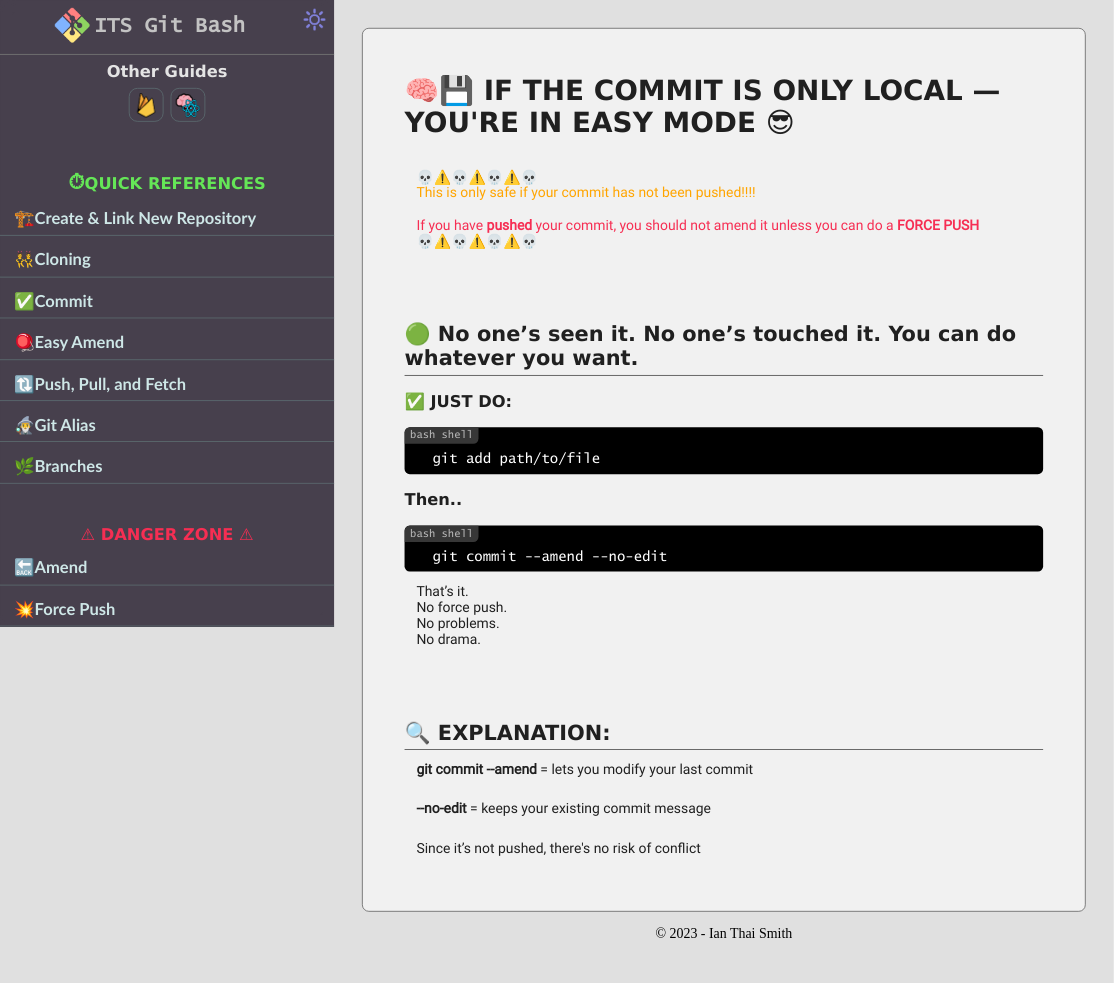
Repository: whyDoILoveThis/project__ITS_Git_Bash
Page: html/easy-amend.html
These files come from the project's save history. The page is drawn as it stood at one moment and after the next save; the edit follows.
The browser window is 1280 px wide. The pictures show the whole page, at 87% of full size.

Above is the page before, as saved 2025-07-06 06:40:20.

### html/easy-amend.html
<!DOCTYPE html>
<html lang="en">
  <head>
    <meta charset="UTF-8" />
    <meta name="viewport" content="width=device-width, initial-scale=1.0" />
    <link rel="stylesheet" href="/css/normalize.css" />
    <link rel="stylesheet" href="/css/style.css" />
    <title>new-page</title>
  </head>
  <body>
    <!--!!!!!-->
    <!--! MAIN-WRAP -->
    <div class="main-wrap">
      <section class="article-wrap">
        <article class="article">
          <h1>🧠💾 IF THE COMMIT IS ONLY LOCAL — YOU'RE IN EASY MODE 😎</h1>
          <p class="orng">
            💀⚠️💀⚠️💀⚠️💀
            <br />
            This is only safe if your commit has not been pushed!!!!
            <br />
            <br />
            <em class="red">
              If you have <b>pushed</b> your commit, you should not amend it
              unless you can do a <b>FORCE PUSH</b>
            </em>
            <br />
            💀⚠️💀⚠️💀⚠️💀
          </p>
          <h2>
            🟢 No one’s seen it. No one’s touched it. You can do whatever you
            want.
          </h2>
          <h3>✅ JUST DO:</h3>
          <div class="code">
            <p>git add path/to/file<br /></p>
          </div>
          <h3>Then..</h3>
          <div class="code">
            <p>git commit --amend --no-edit</p>
          </div>
          <p>
            That’s it. <br />
            No force push. <br />
            No problems. <br />
            No drama.
          </p>
          <h2>🔍 EXPLANATION:</h2>

          <p><b>git commit --amend</b> = lets you modify your last commit</p>
          <p><b>--no-edit</b> = keeps your existing commit message</p>
          <p>Since it’s not pushed, there's no risk of conflict</p>
        </article>
      </section>
    </div>
    <!--! MAIN-WRAP -->
    <!--! !!!!!!! -->
    <script src="/JS/dynamic-nav.js"></script>
  </body>
</html>

### css/style.css


/*TODO: REFACTOR FOR BETTER ORGANIZATION
        AND REMOVING REDUNDANCIES*/

        :root {
            --size--brightness-toggler: 50px;
        }


.gradient {
    width: 100vw;
    height: 100vh;
    background: rgb(52,30,84);
background: linear-gradient(360deg, rgba(52,30,84,1) 0%, rgba(67,41,166,1) 100%);
}

@font-face {
    font-family: LucidaConsole;
    src: url(/fonts/lucon.ttf);

}

@font-face {
    font-family: Roboto;
    src: url(/fonts/Roboto-Regular.ttf);
}

body {
    font-family: 'Lucida Sans', 'Lucida Sans Regular', 'Lucida Grande', 'Lucida Sans Unicode', Geneva, Verdana, sans-serif;
    transition: background-color 0.3s ease-in;
    background-color: rgb(36, 31, 35);

}

body::-webkit-scrollbar-track
{
	-webkit-box-shadow: inset 0 0 6px rgba(0,0,0,0.3);
	border-radius: 10px;
	background-color: rgb(52, 29, 69);
}

body::-webkit-scrollbar
{
    border-radius: 10px;

	width: 5px;
	background-color: rgb(50, 41, 56);
}

body::-webkit-scrollbar-thumb
{
	border-radius: 10px;
	-webkit-box-shadow: inset 0 0 6px rgba(0,0,0,.3);
	background-color: #8181DB;
}



ul {
    list-style-type: none;
    padding: 0;
    padding-bottom: 4rem;
    margin: 0;
}

ul li {
    padding: 1rem 0 0.5rem 1rem;
    border-bottom: 0.5px solid rgb(90, 105, 110);
}

li a {
    text-decoration: none;
    color: rgb(206, 231, 231);
    font-family: 'Trebuchet MS', 'Lucida Sans Unicode', 'Lucida Grande', 'Lucida Sans', Arial, sans-serif;
    font-weight: 600;
    text-decoration-thickness: 0px;
    font-size: 19px;
}

a {
    color: rgb(45, 143, 248);
    text-decoration: none;
}

a:hover {
    font-weight: 600;
    text-decoration: underline;
}

li a:hover {
    text-decoration: underline;
    text-decoration-thickness: 2px;
    text-decoration-color: rgb(110, 203, 103);
}

em {
    font-style: normal;
}

.main-wrap {
    display: flex;
    height: 100%;
    width: 100%;
}

/** NAV */

.nav {
    z-index: 100;
    background: rgba(50, 41, 56, 0.877);
    backdrop-filter: blur(8px);
    -webkit-backdrop-filter: blur(8px);
    display: flex;
    flex-direction: column;
    width: 30%;
    height: 100%;
    position: fixed;
    overflow: auto;
    transition: all 0.37s ease-out;
}

.nav::-webkit-scrollbar-track
{
	-webkit-box-shadow: inset 0 0 6px rgba(0,0,0,0.3);
	border-radius: 10px;
	background-color: rgb(50, 41, 56);
}

.nav::-webkit-scrollbar
{
    border-radius: 10px;

	width: 3px;
	background-color: rgb(50, 41, 56);
}

.nav::-webkit-scrollbar-thumb
{
	border-radius: 10px;
	-webkit-box-shadow: inset 0 0 6px rgba(0,0,0,.3);
	background-color: #8181DB;
}


.logo-wrap {
    height: auto;
    max-height: 40px;
    display: flex;
    align-items: center;
    justify-content: center;
    gap: 0.3rem;
    padding: 0.7rem;
    border-bottom: 1px solid rgb(115, 115, 115);
    padding-right: var(--size--brightness-toggler);

}

.logo__icon {
    width: 8vw;
    max-width: 40px;
    height: 8vw;
    max-height: 40px;
    display: inline;
}

.logo__tag {
    color: rgb(195, 195, 195);
    font-family:  LucidaConsole, Arial, Helvetica, sans-serif;
    white-space: 1px;
    font-size: 24px;
    font-weight: 600;
    margin: 0;
}

.dark-mode-toggler-wrap {
    position: absolute;
    top: 10px;
    right: 10px;

}

.other-guides-wrap {
    margin: 0.5rem;
    display: flex;
    justify-content: center;
    align-self: center;
    gap: 0.5rem;
}

.other-guides-wrap > a > img {
    width: 28px;
}

.other-guides-heading {
    color: rgb(228, 228, 228);
    margin-top: 0;
}

.guide-link {
    border: 1px solid rgb(90, 105, 110);
    border-radius: 10px;
    display: flex;
    justify-content: center;
    padding: 0.3rem;
    transition: background-color 0.4s;
}

.guide-link:hover {
    background-color: rgba(255, 255, 255, 0.117);
}

.quick-ref-heading {
    color: rgb(101, 230, 87);
    text-transform: uppercase;
}

.quick-ref-heading::before {
    content: '⏱';
    font-size: 24px;
}

.article-wrap {
    margin-left: 30%;
    width: calc(70% - 2rem * 2);
    padding: 2rem;
}

.article {
    border: 1px solid rgb(109, 109, 109);
    border-radius:8px;
    display: flex;
    flex-direction: column;
    padding: 3rem;
    padding-top: 2rem;

    background-color: rgb(49, 49, 49);
    color: rgba(255, 255, 255, 0.90);
    transition: background-color 0.4s ease-in, color 0.5s ease-in;

}

.article__heading,
.article h2.h2--large {
    text-align: center;
    font-size: 32px;
    margin: 0.8rem;
    border: 0;
}

.article h2 {
    margin: 4.4rem 0 0rem 0;
    border-bottom: 1px solid #555;
    padding-bottom: 0.3rem;
}


.article > p {
    font-family: Roboto, Arial, Helvetica, sans-serif;
    margin: 0.85rem;
}

.emoji {
    display: inline;
    width: 20px;
}

.emoji--rocket {
    content: url(/img/emoji-rocket.PNG);
}

.code {
    font-family: LucidaConsole, Arial, Helvetica, sans-serif;
    white-space: nowrap;
    background-color: black;
    color: white;
    font-style: normal;
    width: 100%;
    display: flex;
    flex-direction: column;
    border-radius: 6px;
    overflow: auto;
}

.code p::selection,
.code em::selection {
    background: rgba(214, 172, 238, 0.273);
    color: inherit;
}

.code::-webkit-scrollbar {
    width: 12px;
    background-color: #F5F5F5;
    height: 7px;
}
.code::-webkit-scrollbar-thumb {
    border-radius: 1px;
    -webkit-box-shadow: inset 0 0 6px rgba(0,0,0,.3);
    background-color: #555;
}
.code::-webkit-scrollbar-track {
    -webkit-box-shadow: inset 0 0 6px rgba(0,0,0,0.3);
    border-radius: 1px;
    background-color: #F5F5F5;
}


.code::before {
    content: 'bash shell';
    background-color: rgb(55, 55, 55);


    align-self: flex-start;

    color: rgb(184, 184, 184);
    padding: 0.25rem 0.4rem 0.1rem 0.4rem;
    border-radius: 6px 0px 6px 0;
    font-size: 12px;
}

.code--html::before {
    content: 'HTML';
    color: rgb(255, 72, 0);
    letter-spacing: 1px;
}

.code--js::before {
   content: 'javascript';
   color: yellow;
}

.code--json::before {
    content: 'json';
    color: rgb(93, 184, 93);
}

.code--file-struct::before {
    content: '📁';
    font-size: 20px;
}

.code p {
    margin: 0.5rem 0 0.5rem 2rem;
    display: inline-block;
    flex: 0 0 100%;
}

.comnt {
    color: rgb(123, 123, 123);
}

.orng {
    color: orange;
}

.grn {
    color: rgb(60, 162, 60);
}

.blu {
    color: rgb(74, 189, 255);
}

.red {
    color: rgb(246, 46, 83);
}

/** BUTTONS */

.btn-group {
    display: flex;
    gap: 0.5rem;
}

.btn {
    position: relative;
    z-index: 99;
    width: 100%;
    font-family: Roboto, Arial, Helvetica, sans-serif;
    font-size: 24px;
    text-shadow: 0 0 2px rgba(0, 0, 0, 0.577);
    padding: 10px 20px;
    background-color: #27396a;

    color: #6cbbfb;
    cursor: pointer;
    border-radius: 10px;
    border: 1.5px solid rgb(0, 0, 0);
    margin-top: 1rem;
}

.btn--important {
    color: rgb(252, 107, 107);
    background-color: rgb(83, 32, 32);
}

.btn--more-info-box {

    font-family: Roboto, Arial, Helvetica, sans-serif;
    background-color: #eeeeee;
    background-color: #363232;

    color: #202020;
    color: rgba(255, 255, 255, 0.90);
    position: relative;
    top: -1rem;
    padding: 1rem;
    border-radius: 8px;
    text-align: center;
    border: 1.5px solid rgb(0, 115, 225);
    animation: 0.5s ease-in-out;
    transform-origin: top center;
    transition: background-color 0.4s ease-in, color 0.5s ease-in;
}

.btn--more-info-box.hidden {
    display: none;

}

@keyframes bounceDown {
    0% {
        transform: scaleY(0);
        opacity: 0;
    }
    70% {
        transform: scaleY(1.04);
        opacity: 1;
    }
    100% {
        transform: scaleY(1);
        opacity: 1;
    }
}

@keyframes bounceUp {
    0% {
        transform: scaleY(1);
        opacity: 1;
    }

    20% {
        transform: scaleY(1.04);
        opacity: 0.8;
    }

    100% {
        transform: scaleY(0);
        opacity: 0.2;
    }
}

.btn--more-info-box p {
    text-align: left;
}

.btn--more-info-box h2 {
    margin-top: 2.5rem;
}

.btn--more-info-box h3 {
    margin-top: 1.5rem;
    margin-bottom: 0;
}

@media screen and (min-width: 768px) {
    .nav-toggler {
        position: fixed;
        display: none;
        visibility: hidden;
    }
}

@media screen and (max-width: 778px) {
    ul li {
        padding: 0.8rem 0.3rem 0.5rem 0.8rem;
    }

    li a {
        font-size: 17px;
    }

    .nav {
        margin: 0;
        width: 100%;
        height: 60px;
        overflow: hidden;
        border-top-right-radius: 0;
        border-bottom-left-radius: 10px;
        border-bottom-right-radius: 10px;
        box-shadow: 1px 1px 1px 3px rgba(0, 0, 0, 0.179);
    }

    .nav-expanded {
        width: 85%;
        height: 100%;
        overflow-y: auto;
        box-shadow: 1px 1px 0px 700px rgba(0, 0, 0, 0.5);
        border-bottom-left-radius: 0;
    }

    .nav-expanded .nav-toggler {
        position: absolute;
        transform: translateY(60px);
    }

    .logo-wrap {
        place-self: center;
        padding-right: var(--size--brightness-toggler);
        padding-left: var(--size--brightness-toggler);
    }
    .logo__icon {
        height: 40px;
        width: 40px;
    }
    .dark-mode-toggler-wrap {
        position: absolute;
        top: 15px;
        right: 10px;

    }
    .nav-toggler {
       width: 40px;
       position: absolute;
       left: 10px;

       transition: all 0.2s;
    }

    .logo__tag {
        font-size: 22px;
        white-space: nowrap;
    }

    .article-wrap {
        margin: 0;
        width: calc(100% - 0.5rem * 2);
         padding: 0.5rem;
         margin-top: 70px;
     }
     .article {
        padding: 0.5rem;
    }
}

.copyright::before {
    content: '© 2023 - Ian Thai Smith ';
    font-family: 'Times New Roman', Times, serif ;
    display: flex;
    justify-content: center;

}

### JS/dynamic-nav.js
const head = document.getElementsByTagName('head')[0];
const tabIcon = document.createElement("link");
tabIcon.href = "/img/git-bash-icon.png";
tabIcon.rel = "icon";
head.appendChild(tabIcon);

const articleWrap = document.querySelector(".article-wrap");

const copyright = document.createElement("p");
copyright.classList.add("copyright");

articleWrap.appendChild(copyright);

// Select the target element
const container = document.querySelector(".main-wrap");

// Create the main navigation element
const navigation = document.createElement("nav");
navigation.classList.add("nav");

function expandNav(){
    navigation.classList.toggle("nav-expanded")
}

const navToggler = document.createElement("img");
navToggler.src = "/img/icon-nav-toggler.png";
navToggler.classList.add("nav-toggler");
navToggler.addEventListener("click", expandNav);



// Create the logo-wrap div
const logoWrap = document.createElement("div");
logoWrap.classList.add("logo-wrap");

// Create the logo icon
const logoIcon = document.createElement("img");
const homeLink = document.createElement("a");
homeLink.href = "/index.html";
logoIcon.src = "/img/git-bash-icon.png";
logoIcon.alt = "";
logoIcon.classList.add("logo__icon");
homeLink.appendChild(logoIcon);


// Create the logo tag
const logoTag = document.createElement("p");
logoTag.classList.add("logo__tag");
logoTag.innerText = "ITS Git Bash";


const darkModeTogglerWrap = document.createElement("div");
darkModeTogglerWrap.classList.add("dark-mode-toggler-wrap");
const darkModeToggler = document.createElement("img");
darkModeTogglerWrap.appendChild(darkModeToggler);
darkModeToggler.src = "/img/icon-brightness-dim.png";
darkModeToggler.style.width = "25px";
darkModeToggler.classList.add(".dark-mode-toggler");

const article = document.querySelector('.article')


darkModeToggler.addEventListener("click", toggleBrightness);

const otherGuidesWrap = document.createElement("div");
otherGuidesWrap.classList.add("other-guides-wrap");

const otherGuides = document.createElement("h3");
otherGuides.innerText = "Other Guides";
otherGuides.classList.add('other-guides-heading');
otherGuides.style.textAlign = "center";
otherGuides.style.marginBottom = "0";
otherGuides.style.marginTop = "0.5rem";

const linkBash = document.createElement('a');
const imgBash = document.createElement("img");
linkBash.classList.add('guide-link');
imgBash.src = "/img/firebase-icon.png";
linkBash.href = "https://its-firebase.vercel.app";
linkBash.appendChild(imgBash);
otherGuidesWrap.appendChild(linkBash);
// another
const linkReact18 = document.createElement('a');
const imgReact18 = document.createElement("img");
linkReact18.classList.add('guide-link');
imgReact18.src = "/img/learn-react18-icon.png";
linkReact18.href = "https://learn-react18.vercel.app";
linkReact18.appendChild(imgReact18);
otherGuidesWrap.appendChild(linkReact18);




const infoBoxes = document.querySelectorAll('.btn--more-info-box');


// Check if 'bright' is stored in localStorage
const storedBright = localStorage.getItem('bright');

// Initialize 'bright' with the stored value (or default to false if not found)
let bright = storedBright === 'false';


function toggleBrightness() {
    bright = !bright;

    // Store the updated 'bright' value in localStorage
    localStorage.setItem('bright', bright);

 // Update UI and apply styles based on 'bright' state

    if(bright){
    fadeOutAndChange(darkModeToggler, "/img/icon-brightness-bright.png");
    document.body.style.backgroundColor = 'rgb(224, 224, 224)';
    article.style.backgroundColor = 'rgb(241, 241, 241)';
    article.style.color = '#202020';
    copyright.style.color = 'black';
    infoBoxes.forEach(infoBox => {
        infoBox.style.backgroundColor = '#eeeeee';
        infoBox.style.color = '#202020';
    });
    } else {
        fadeOutAndChange(darkModeToggler, "/img/icon-brightness-dim.png");
        document.body.style.backgroundColor = 'rgb(36, 31, 35)';
        article.style.backgroundColor = 'rgb(49, 49, 49)';
        article.style.color = 'rgba(255, 255, 255, 0.90)';
        copyright.style.color = 'white';
        infoBoxes.forEach(infoBox => {
            infoBox.style.backgroundColor = '#363232';
            infoBox.style.color = 'rgba(255, 255, 255, 0.90)';
        });
    }
}

function fadeOutAndChange(element, newImageSrc) {
    element.style.opacity = 0;
    setTimeout(() => {

        element.src = newImageSrc;
        element.style.opacity = 1;
    }, 200); // Adjust the time to match your CSS transition duration
}

// Call toggleBrightness to initialize UI based on stored value
toggleBrightness();


// Append the logo icon and tag to the logo-wrap div
logoWrap.appendChild(navToggler);
logoWrap.appendChild(homeLink);
logoWrap.appendChild(logoTag);



// Create the links list
const linkList = document.createElement("ul");
linkList.classList.add("link__list");


const quickRefs = document.createElement("h3");
quickRefs.innerText = "Quick References";
quickRefs.classList.add('quick-ref-heading');
quickRefs.style.textAlign = "center";
quickRefs.style.marginBottom = "0";
quickRefs.style.marginTop = "3rem";
linkList.appendChild(quickRefs);
/****************LINKS****************** */
/****************LINKS****************** */
// Create a list item for the link
const linkItem1 = document.createElement("li");
linkItem1.classList.add("link");
// Create the link itself
const linkCreateNewRepo = document.createElement("a");
linkCreateNewRepo.href = "/html/create-and-link-new-repo.html";
linkCreateNewRepo.innerText = "🏗️Create & Link New Repository";
// Append the link to the list item
linkItem1.appendChild(linkCreateNewRepo);
// Append the list item to the links list
linkList.appendChild(linkItem1);

// Create a list item for the link
const linkItem2 = document.createElement("li");
linkItem2.classList.add("link");
const linkCloning = document.createElement("a");
linkCloning.href = "/html/cloning.html";
linkCloning.innerText = "👯‍♀️Cloning";
// Append the link to the list item
linkItem2.appendChild(linkCloning);
// Append the list item to the links list
linkList.appendChild(linkItem2);

const linkItem3 = document.createElement("li");
linkItem3.classList.add("link");
const linkCommit = document.createElement("a");
linkCommit.href = "/html/commit.html";
linkCommit.innerText = "✅Commit";
linkItem3.appendChild(linkCommit);
linkList.appendChild(linkItem3);

const linkItem3v1 = document.createElement("li");
linkItem3v1.classList.add("link");
const linkEasyAmend = document.createElement("a");
linkEasyAmend.href = "/html/easy-amend.html";
linkEasyAmend.innerText = "🪀Easy Amend";
linkItem3v1.appendChild(linkEasyAmend);
linkList.appendChild(linkItem3v1);

const linkItem4 = document.createElement("li");
linkItem4.classList.add("link");
const linkPushPullAndFetch = document.createElement("a");
linkPushPullAndFetch.href = "/html/push-pull-and-fetch.html";
linkPushPullAndFetch.innerText = "🔃Push, Pull, and Fetch";
linkItem4.appendChild(linkPushPullAndFetch);
linkList.appendChild(linkItem4);

const linkItem7 = document.createElement("li");
linkItem7.classList.add("link");
const linkGitAlias = document.createElement("a");
linkGitAlias.href = "/html/git-alias.html";
linkGitAlias.innerText = "🧙‍♂️Git Alias";
linkItem7.appendChild(linkGitAlias);
linkList.appendChild(linkItem7);

const linkItem8 = document.createElement("li");
linkItem8.classList.add("link");
const linkBranches = document.createElement("a");
linkBranches.href = "/html/branches.html";
linkBranches.innerText = "🌿Branches";
linkItem8.appendChild(linkBranches);
linkList.appendChild(linkItem8);

const dangerZone = document.createElement("h3");
dangerZone.innerText = "⚠ DANGER ZONE ⚠";
dangerZone.style.textAlign = "center";
dangerZone.classList.add("red");
dangerZone.style.marginBottom = "0";
dangerZone.style.marginTop = "3rem";
linkList.appendChild(dangerZone);

const linkItem5 = document.createElement("li");
linkItem5.classList.add("link");
const linkAmend = document.createElement("a");
linkAmend.href = "/html/amend.html";
linkAmend.innerText = "🔙Amend";
linkItem5.appendChild(linkAmend);
linkList.appendChild(linkItem5);

const linkItem6 = document.createElement("li");
linkItem6.classList.add("link");
const linkForcePush = document.createElement("a");
linkForcePush.href = "/html/💥force-push.html";
linkForcePush.innerText = "💥Force Push";
linkItem6.appendChild(linkForcePush);
linkList.appendChild(linkItem6);





/****************LINKS****************** */
/****************LINKS****************** */


// Append the logo-wrap div and links list to the navigation
navigation.appendChild(logoWrap);
navigation.appendChild(darkModeTogglerWrap);
navigation.appendChild(otherGuides);
navigation.appendChild(otherGuidesWrap);
navigation.appendChild(linkList);

// Append the navigation to the container
container.appendChild(navigation);

Loaded but not shown: css/normalize.css (library)

After the next save:
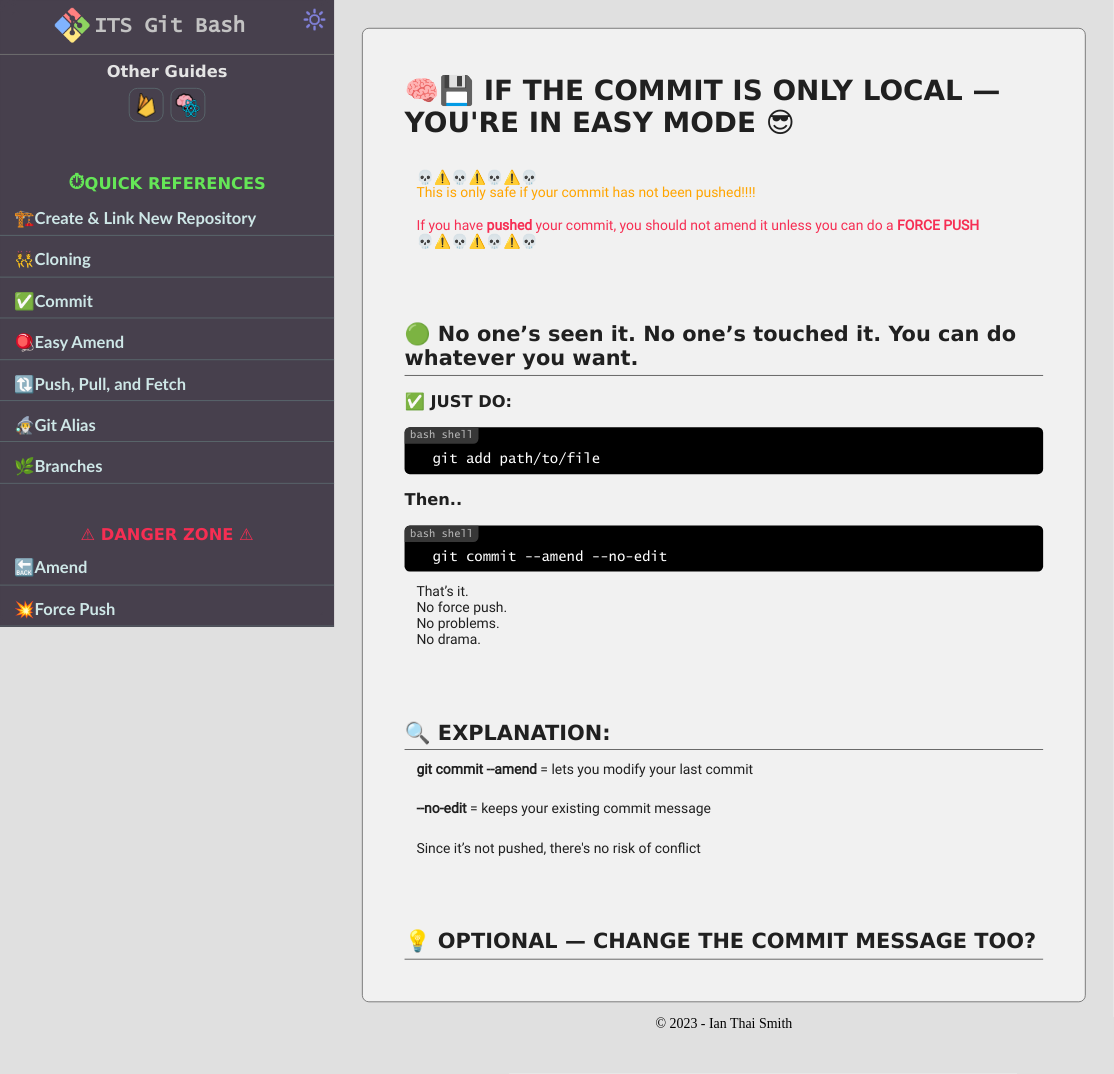
Saved 32 s later.
--- a/html/easy-amend.html
+++ b/html/easy-amend.html
@@ -50,6 +50,7 @@
           <p><b>git commit --amend</b> = lets you modify your last commit</p>
           <p><b>--no-edit</b> = keeps your existing commit message</p>
           <p>Since it’s not pushed, there's no risk of conflict</p>
+          <h2>💡 OPTIONAL — CHANGE THE COMMIT MESSAGE TOO?</h2>
         </article>
       </section>
     </div>
